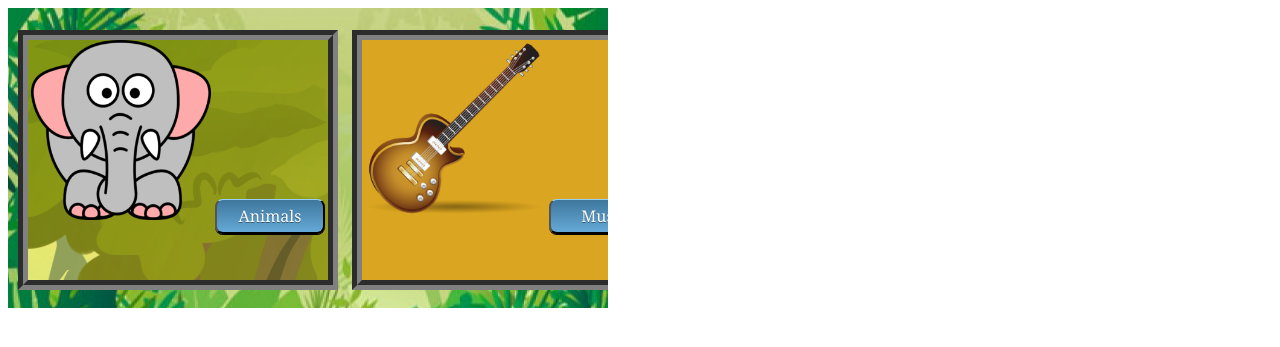
Repository: RathipriyaChandrasekaran/dotlite
Page: ConnectDots/menupage.html
An editor plug-in stored every save of this project. The page is shown before and after the next save, followed by the edit.
The browser window is 1280 px wide. The pictures show the whole page.

Above is the page before, as saved 2014-12-15 05:30:14.

### ConnectDots/menupage.html
<!DOCTYPE html>
<html>
<head>
     <meta charset="utf-8" />
     <meta name="viewport" content="width=device-width, initial-scale=1.0, maximum-scale=1.0">
     <link rel="stylesheet" type="text/css" href="css/menupage.css"/>
     <script src="js/main.js"></script>
</head>
<body>

 <div id="scroll" class="scope" >

   <div id="filmstrip" class="filmstrip" style= "width:1000px !important;">
    <div id="animallearning" class="scrollable" onclick="animalpage()" style="background-image: url(images/jungles.png); height:240px; width:500px;">
     <img src="images/elephants.png"></img>
     <button class="button" style="width:110px !important;" >Animals</button>
    </div>
    <div id="musiclearning" class="scrollable">
     <img src="images/guitar.png" id="blurredimage"></img>
     <button class="button" style="width:110px !important;" >Music</button>
     <img src="images/lock.png" style="width: 50px !important; height: 50px !important; top:50px; position:absolute;"></img>

    </div>
    <div id="fruitslearning" class="scrollable">
     <img src="images/fruits.png" ></img>
     <button class="button" style="width:110px !important;">Fruits</button>
      <img src="images/lock.png" style="width: 50px !important; height: 50px !important;top: 50px; position:absolute;"></img>
    </div>

   </div>
 </div>
 <canvas id="canvas" width="600px" height="300px"> </canvas>

 <script>
 var points=new Array();
 var canvas = document.getElementById('canvas');
 var context = canvas.getContext('2d');
 var height = 300;
 var width = 520;

 context.beginPath();
 context.rect(1, 1, width, height);
 context.fill();
 context.lineWidth = 1;
 context.strokeStyle = 'black';
 context.stroke();

 function loadCanvas(dataURL, _cb) {

     // load image from data url
     var imageObj = new Image();
     imageObj.onload = function() {
         var imgWidth = this.width;
         var imgHeight = this.height;
         var posX = (width - imgWidth)/2;
         var posY = (height - imgHeight)/2;
         context.drawImage(this, -5, posY + 10);
         if (_cb) _cb();
     };

     imageObj.src = dataURL;
 }

loadCanvas("images/jungle.png", function() {

});

function animalpage(){
	window.location.href="animals.html";
}


 </script>
</body>
</html>

### ConnectDots/css/menupage.css
.scope{
     position: absolute;
     top: 30px;
     width:600px;
     overflow-x:scroll;
     overflow-y:hidden;
   }

.scrollable{
      cursor: pointer;
      background-color: #DAA520;
      width: 450px;
      height: 240px;
      position: relative;
      border: 10px solid grey;
      border-style: groove;
    }


.filmstrip>div {
  width:300px !important;
  display:inline-block;
  text-align:center;
  margin-left: 10px;
}

img{
	position: center;
	top:15px;
	width:180px;
	height: 180px;
}

blurredimage{

 -webkit-filter: blur(10px);
}

 #homebutton{
	 width:50px;
	 height:50px;
}
.button {
   border-top: 1px solid #96d1f8;
   background: #D2691E;
   background: -webkit-gradient(linear, left top, left bottom, from(#3e779d), to(#65a9d7));
   background: -webkit-linear-gradient(top, #3e779d, #65a9d7);
   background: -moz-linear-gradient(top, #3e779d, #65a9d7);
   background: -ms-linear-gradient(top, #3e779d, #65a9d7);
   background: -o-linear-gradient(top, #3e779d, #65a9d7);
   padding: 5px 10px;
   -webkit-border-radius: 8px;
   -moz-border-radius: 8px;
   border-radius: 8px;
   -webkit-box-shadow: rgba(0,0,0,1) 0 1px 0;
   -moz-box-shadow: rgba(0,0,0,1) 0 1px 0;
   box-shadow: rgba(0,0,0,1) 0 1px 0;
   text-shadow: rgba(0,0,0,.4) 0 1px 0;
   color: white;
   font-size: 16px;
   font-family: Georgia, serif;
   text-decoration: none;
   vertical-align: middle;
   }
.button:hover {
   border-top-color: #28597a;
   background: #28597a;
   color: #ccc;
   }
.button:active {
   border-top-color: #1b435e;
   background: #D2691E;
   }

### ConnectDots/js/main.js
var startTime;
var checkTime;

//Initialize function
var init = function () {
	// TODO:: Do your initialization job
	console.log("init() called");

	// add eventListener for tizenhwkey
	document.addEventListener('tizenhwkey', function(e) {
		if(e.keyName == "back") {
			try {
				tizen.application.getCurrentApplication().exit();
			} catch (error) {
				console.error("getCurrentApplication(): " + error.message);
			}
		}
	});
};
// window.onload can work without <body onload="">
window.onload = init;

function startTime() {
	var today = new Date();
	var h = today.getHours();

	var m = today.getMinutes();
	var s = today.getSeconds();
	m = checkTime(m);
	s = checkTime(s);
	document.getElementById('divbutton1').innerHTML="Current time: " + h + ":" + m + ":" + s;
	var t = setTimeout(startTime, 250);
}

function checkTime(i) {
	if (i < 10) {
		i="0" + i;
	}
	return i;
}

After the next save:
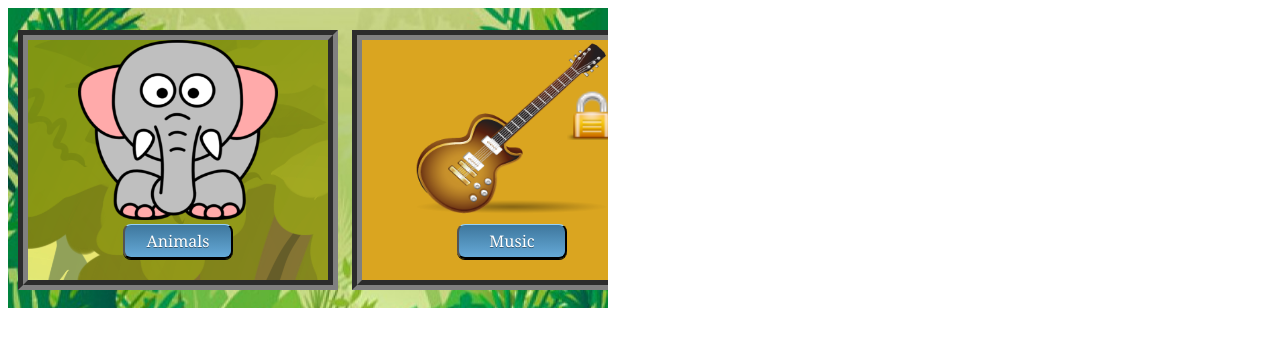
Saved 44 s later.
--- a/ConnectDots/css/menupage.css
+++ b/ConnectDots/css/menupage.css
@@ -27,7 +27,7 @@
 img{
 	position: center;
 	top:15px;
-	width:180px;
+	width:200px;
 	height: 180px;
 }
 
